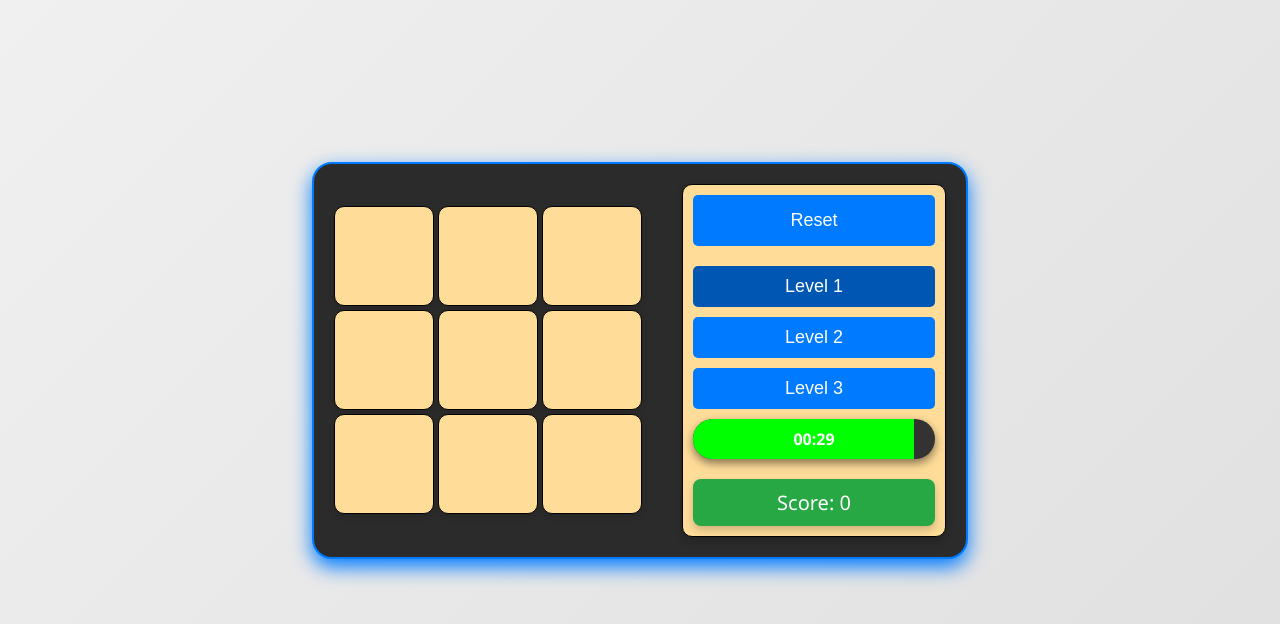
Repository: radisyah/THE_BRAIN_STORM
Page: Impossible Memory.html
An editor plug-in stored every save of this project. The page is shown before and after the next save, followed by the edit.
The browser window is 1280 px wide. The pictures show the whole page.
Empty fields were first filled with sample values (such as "Sample", 5 or name@example.com).
After loading, the first visible `#resetButton` was clicked once.

Above is the page before, as saved 2024-10-22 23:40:47.

After the next save:
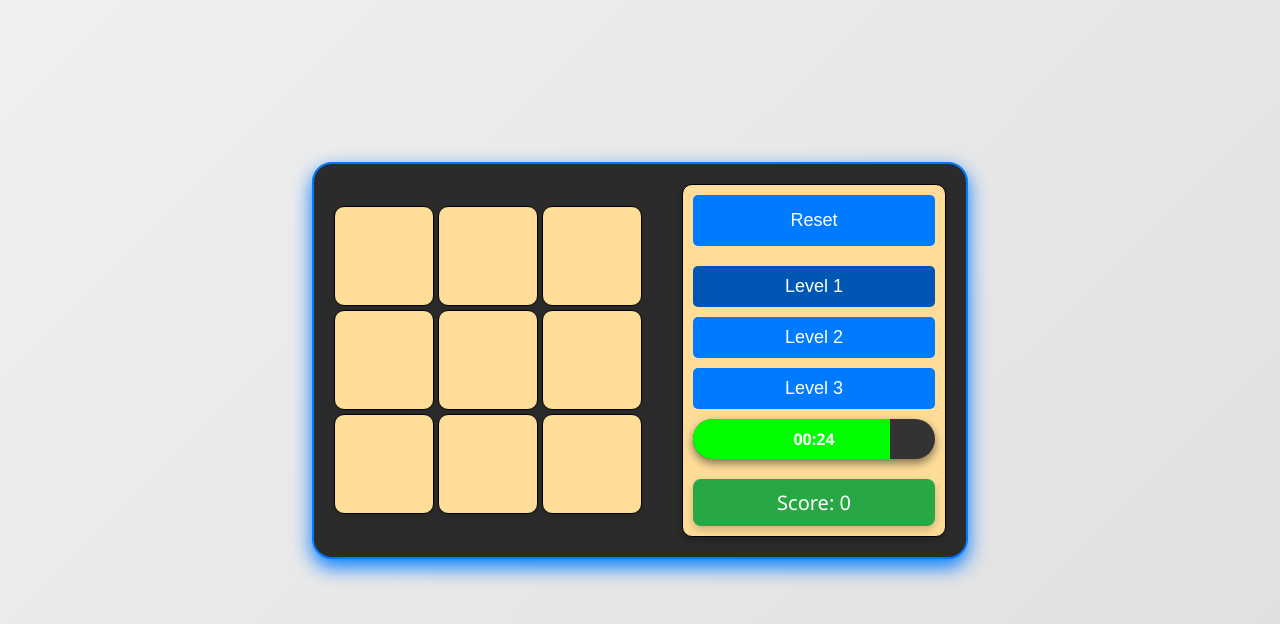
Saved 48 s later.
--- a/Impossible Memory.html
+++ b/Impossible Memory.html
@@ -394,22 +394,11 @@
 
     function resetAnswers() {
         const inputs = document.querySelectorAll('.answer');
-        inputs.forEach(input => {
-            input.value = '';
-            input.classList.remove('correct', 'wrong');
-            input.disabled = false; // Enable all inputs again
-        });
-
-        // Clear answered sets
-        answeredCorrectly.clear();
-        answeredIncorrectly.clear();
-
-        score = 0; // Reset score
-        document.getElementById('score-display').textContent = `Score: ${score}`;
-        timeRemaining = getInitialTimeForLevel(); // Reset time
-        clearInterval(timerInterval); // Clear existing timer
-        isTimerRunning = false; // Reset timer state
-        startTimer(); // Start the timer again
+            inputs.forEach(input => {
+                input.value = ''; // Clear input values
+                input.classList.remove('correct', 'wrong'); // Remove any styling classes
+                input.disabled = false; // Re-enable the input fields
+            });
     }
 
     // Initialize the game with Level 1 grid
